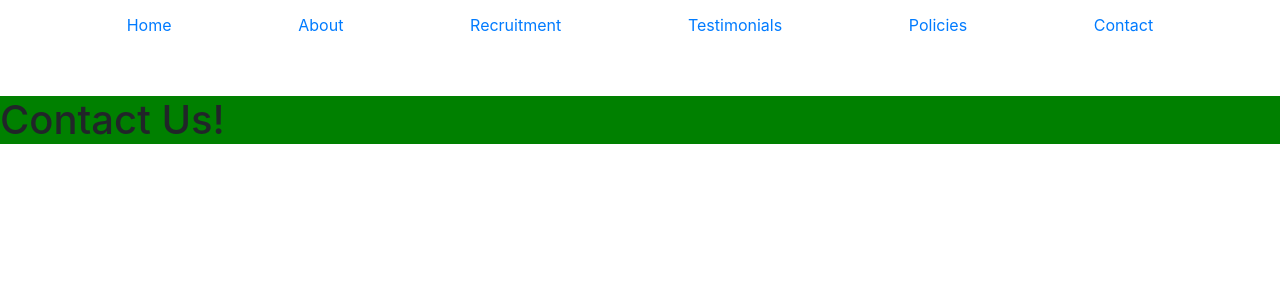
Repository: cerebrium/website
Page: /contact
An editor plug-in stored every save of this project. The page is shown before and after the next save, followed by the edit.
The browser window is 1280 px wide. The pictures show the whole page.
The project was rebuilt for these pictures with package versions that can differ from the ones it lists, and the page was loaded fresh each time. Also part of the build but not shown: src/Routes/About.jsx, src/Routes/Recruitment.jsx, src/Routes/Testimonials.jsx, src/Routes/Policies.jsx, src/Routes/Home.jsx.

Above is the page before, as saved 2019-11-02 12:38:31.

After the next save:
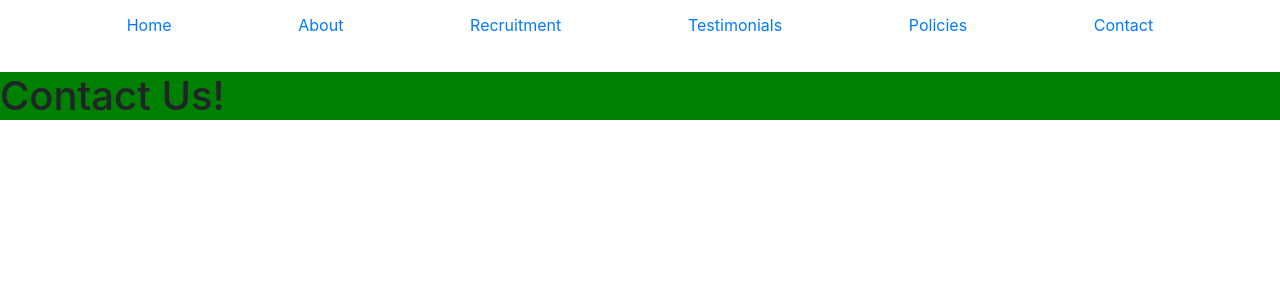
Saved 7 s later.
--- a/src/Routes/Contact.jsx
+++ b/src/Routes/Contact.jsx
@@ -4,7 +4,7 @@
     render () {
         return (
             <div className='contactPageMainDiv'>
-                <br /><br /><br /><br />
+                <br /><br /><br />
                 <h1>Contact Us!</h1>
             </div>
         )
